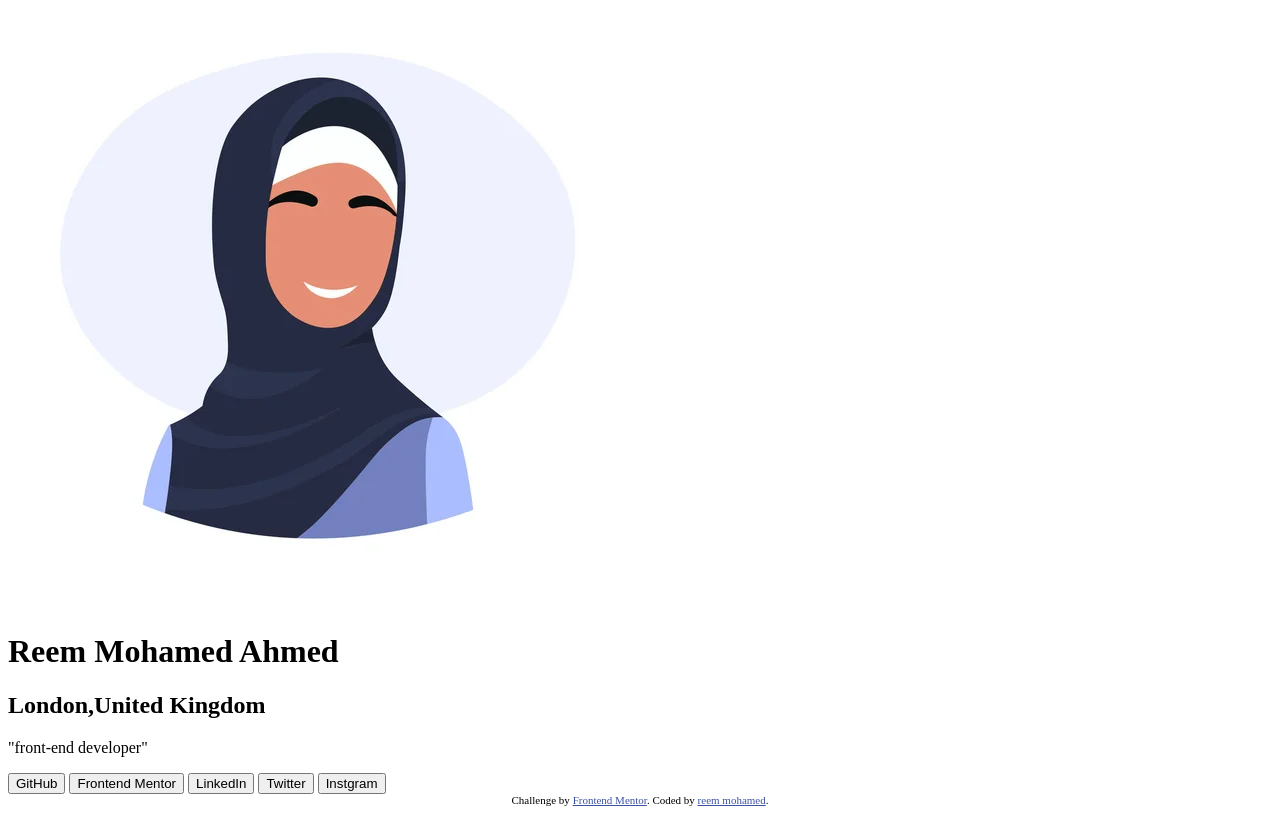
Repository: reemoon-ctrl/social_links_profile_main
Page: index.html
The author's editor kept a copy of each file at every save. The page is drawn from the files as they stood at one save, then again after the next save.
The browser window is 1280 px wide. The pictures show the whole page.

Above is the page before, as saved 2024-07-23 09:22:09.

After the next save:
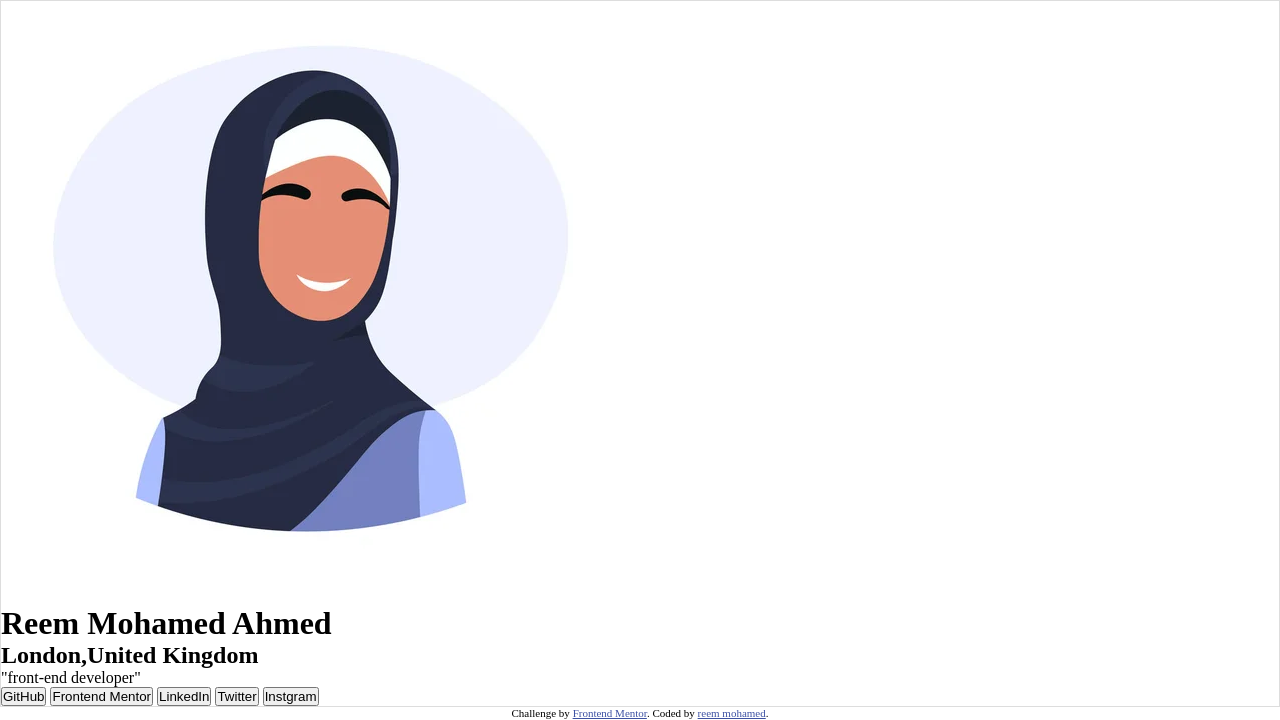
Saved 7 s later.
--- a/index.html
+++ b/index.html
@@ -13,7 +13,7 @@
     .attribution { font-size: 11px; text-align: center; }
     .attribution a { color: hsl(228, 45%, 44%); }
   </style>
-  <link rel="stylesheet" href=""
+  <link rel="stylesheet" href="index.css"
 </head>
 <body>
   <main>
